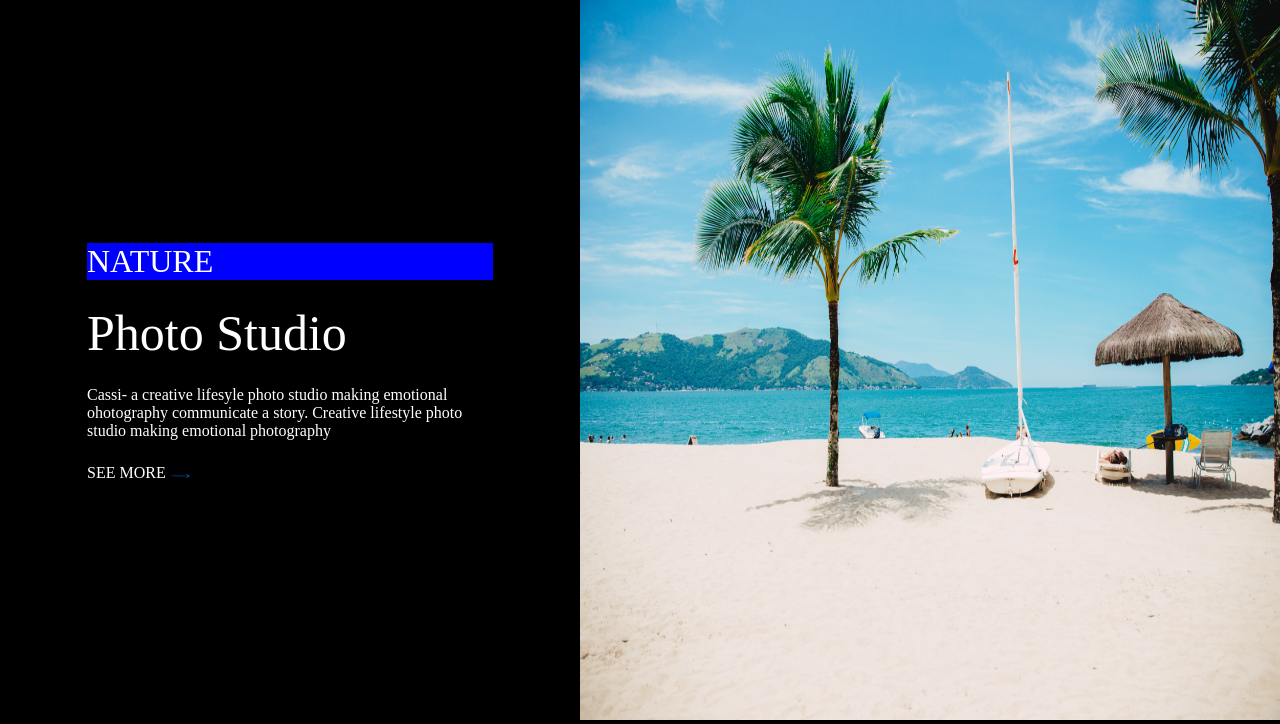
Repository: BRAspeaks/petty-project1
Page: pettyproject1.html
The author's editor kept a copy of each file at every save. The page is drawn from the files as they stood at one save, then again after a run of saves.
The browser window is 1280 px wide. The pictures show the whole page.

Above is the page before, as saved 2022-07-25 15:31:38.

After the next 2 saves:
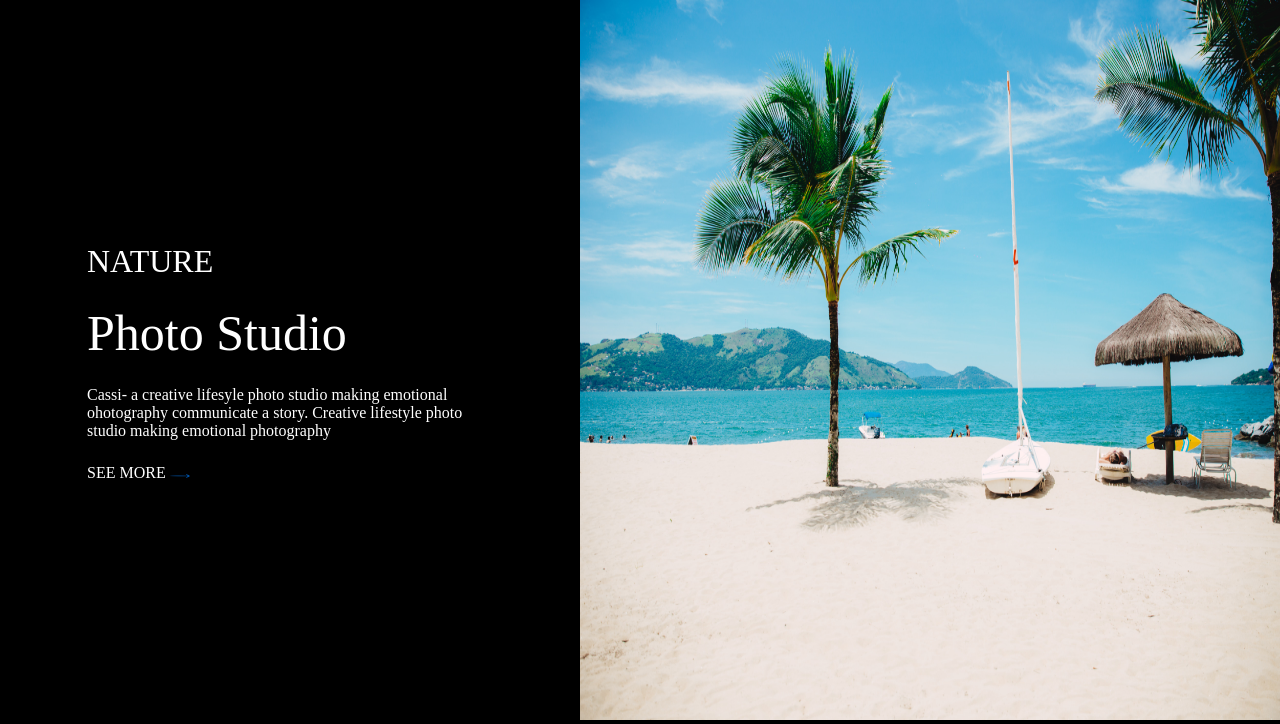
The 2 saves are shown as one change because they came seconds apart.
The last was saved 71 s later.
--- a/pettyproject1.css
+++ b/pettyproject1.css
@@ -20,7 +20,6 @@ body{
     flex: 1;
 }
 .Nature{
-    background-color: blue;
     font-size: 2rem;
     margin-bottom: 1.5rem;
 }
